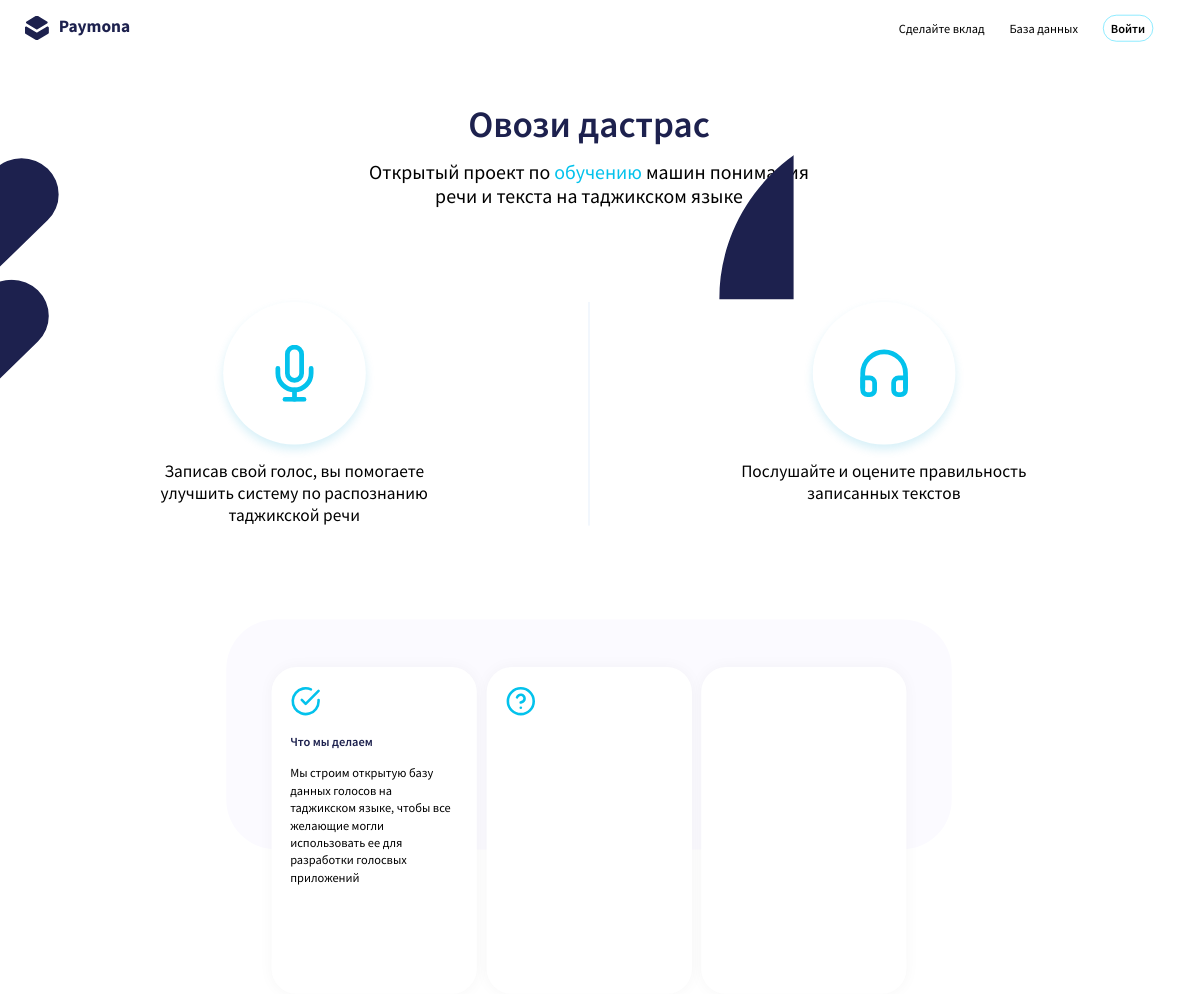
Repository: Amin444/Paymona-Sadp
Page: index.html
An editor plug-in stored every save of this project. The page is shown before and after the next save, followed by the edit.
The browser window is 1280 px wide. The page is 1900 px wide, so the pictures cover 1900 px, including what lies to the right of the window. The pictures show the whole page, at 62% of full size.

Above is the page before, as saved 2021-11-11 17:47:26.

After the next save:
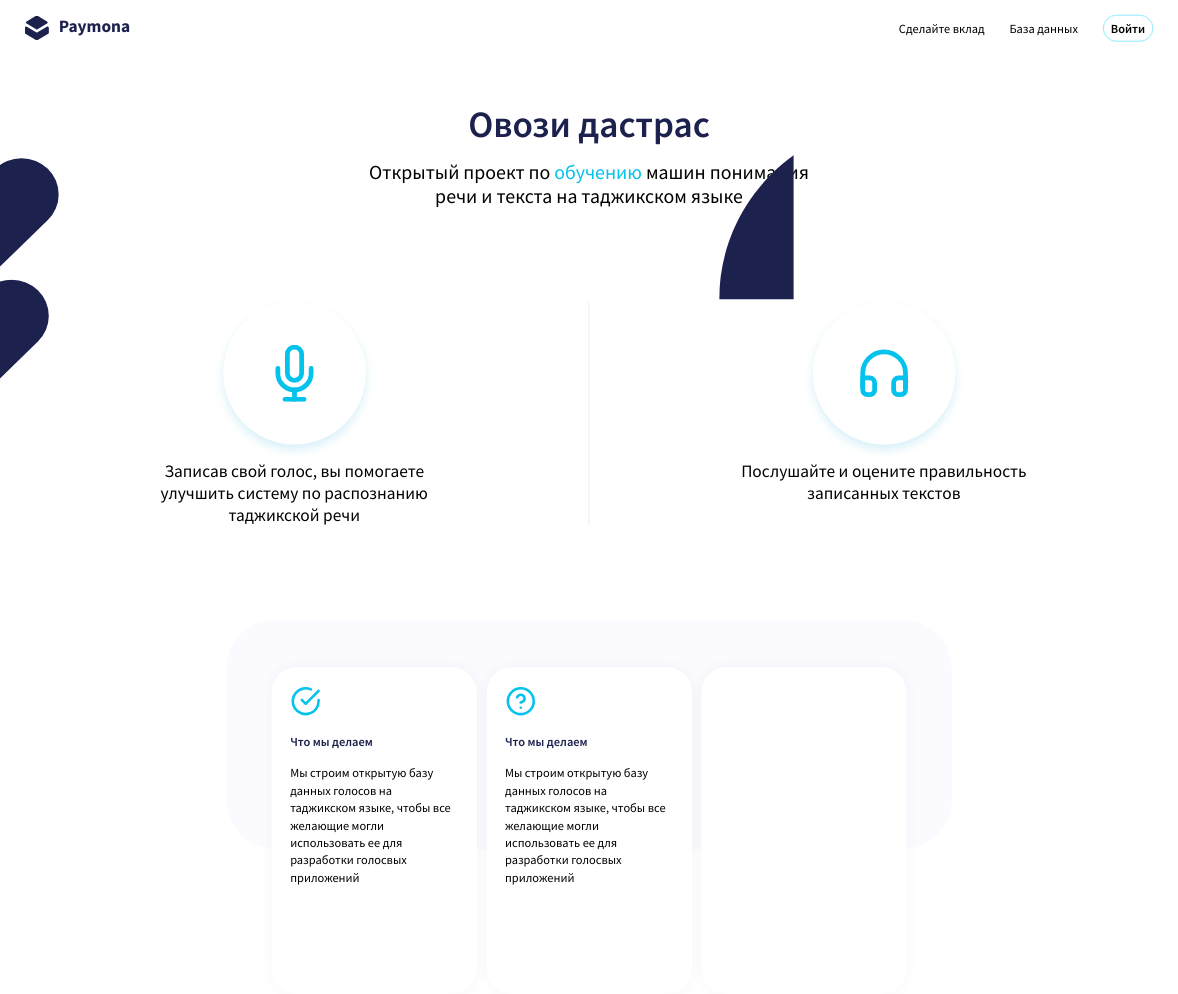
Saved 6 s later.
--- a/index.html
+++ b/index.html
@@ -86,6 +86,11 @@
             </div>
             <div class="visible">
               <img src="./img/Group3.svg">
+              <p class="card-title">Что мы делаем</p>
+              <p class="card-text">Мы строим открытую базу данных
+                 голосов на таджикском языке,
+                 чтобы все желающие могли использовать
+                 ее для разработки голосвых приложений</p>
             </div>
             <div class="visible"></div>
           </div>
